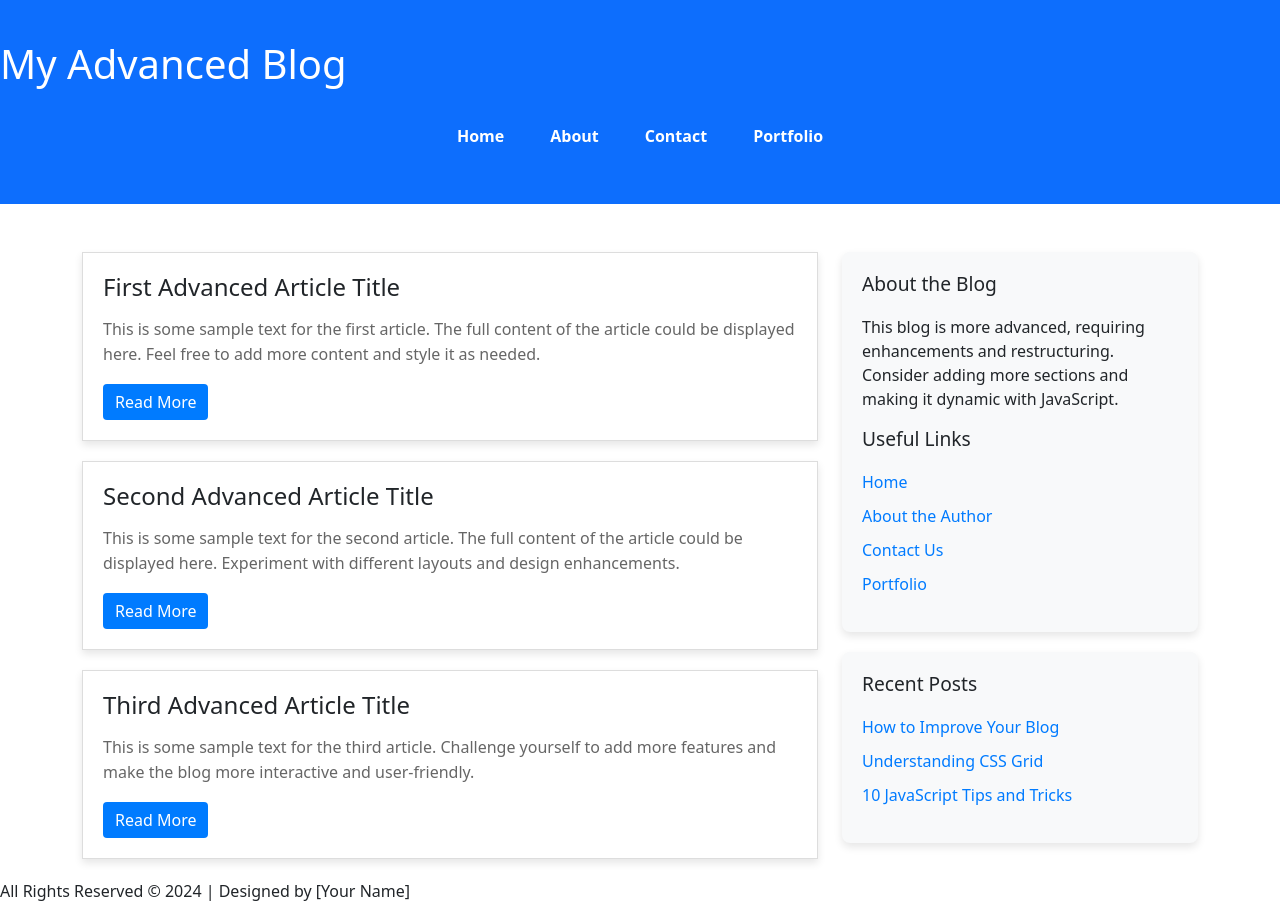
Repository: zeinawady/Blog-Code-Refactoring
Page: index.html
An editor plug-in stored every save of this project. The page is shown before and after a run of saves, followed by the edit.
The browser window is 1280 px wide. The pictures show the whole page.

Above is the page before, as saved 2024-09-23 14:35:11.

### index.html
<!DOCTYPE html>
<html lang="en">
  <head>
    <meta charset="UTF-8" />
    <meta name="viewport" content="width=device-width, initial-scale=1.0" />
    <title>My Advanced Blog</title>
    <link rel="stylesheet" href="style.css">
    <link
      href="https://cdn.jsdelivr.net/npm/bootstrap@5.1.3/dist/css/bootstrap.min.css"
      rel="stylesheet"
    />

  </head>
  <body>
    <header class="bg-primary text-white ">
      <h1 c>My Advanced Blog</h1>
      <nav class="navbar navbar-expand-lg bg-body-tertiary">
        <div class="container">

          <button class="navbar-toggler ms-auto" type="button" data-bs-toggle="collapse" data-bs-target="#navbarNavAltMarkup" aria-controls="navbarNavAltMarkup" aria-expanded="false" aria-label="Toggle navigation">
            <span class="navbar-toggler-icon">click</span>
          </button>
          <div class="collapse navbar-collapse justify-content-center" id="navbarNavAltMarkup">
            <div class="navbar-nav">
              <a class="nav-link active text-white" aria-current="page" href="#">Home</a>
              <a class="nav-link text-white" href="#">About</a>
              <a class="nav-link text-white" href="#">Contact</a>
              <a class="nav-link text-white" href="#">Portfolio</a>
            </div>
          </div>
        </div>
      </nav>

    </header>

    <div class="container mt-5">
      <div class="row">
        <div class="col-lg-8">
          <article>
            <h2>First Advanced Article Title</h2>
            <p>
              This is some sample text for the first article. The full content
              of the article could be displayed here. Feel free to add more
              content and style it as needed.
            </p>
            <button class="btn btn-primary">Read More</button>
          </article>
          <article>
            <h2>Second Advanced Article Title</h2>
            <p>
              This is some sample text for the second article. The full content
              of the article could be displayed here. Experiment with different
              layouts and design enhancements.
            </p>
            <button class="btn btn-primary">Read More</button>
          </article>
          <article>
            <h2>Third Advanced Article Title</h2>
            <p>
              This is some sample text for the third article. Challenge yourself
              to add more features and make the blog more interactive and
              user-friendly.
            </p>
            <button class="btn btn-primary">Read More</button>
          </article>
        </div>
        <div class="col-md-4">
          <aside>
            <h3>About the Blog</h3>
            <p>
              This blog is more advanced, requiring enhancements and
              restructuring. Consider adding more sections and making it dynamic
              with JavaScript.
            </p>
            <h3>Useful Links</h3>
            <ul>
              <li><a href="#">Home</a></li>
              <li><a href="#">About the Author</a></li>
              <li><a href="#">Contact Us</a></li>
              <li><a href="#">Portfolio</a></li>
            </ul>
          </aside>
          <aside>
            <h3>Recent Posts</h3>
            <ul>
              <li><a href="#">How to Improve Your Blog</a></li>
              <li><a href="#">Understanding CSS Grid</a></li>
              <li><a href="#">10 JavaScript Tips and Tricks</a></li>
            </ul>
          </aside>
        </div>
      </div>
    </div>

    <footer>
      <p>All Rights Reserved © 2024 | Designed by [Your Name]</p>
    </footer>

    <script src="https://cdn.jsdelivr.net/npm/bootstrap@5.1.3/dist/js/bootstrap.bundle.min.js"></script>
  </body>
</html>

### style.css
body {
    font-family: Arial, sans-serif;
    background-color: #f4f4f9;
  }
  header {
    /* background-color: #007bff; */
    /* color: white; */
    padding: 40px 0;
    /* text-align: center; */
    position: relative;
  }
  header::after {
    content: "";
    position: absolute;
    bottom: -20px;
    left: 50%;
    transform: translateX(-50%);
    width: 100px;
    height: 5px;
    background-color: white;
  }
  .navbar {
    display: flex;
    justify-content: center;
    margin-top: 20px;
  }
  nav a {
    color: white;
    margin: 0 15px;
    text-decoration: none;
    font-weight: bold;
  }
  nav a:hover {
    text-decoration: underline;
  }
  article {
    border: 1px solid #ddd;
    margin-bottom: 20px;
    padding: 20px;
    background-color: white;
    box-shadow: 0 4px 8px rgba(0, 0, 0, 0.1);
    transition: transform 0.3s ease, box-shadow 0.3s ease;
  }
 artcile:hover {
    transform: translateY(-5px);
    box-shadow: 0 8px 16px rgba(0, 0, 0, 0.2);
  }
  article h2 {
    font-size: 1.5rem;
    margin-bottom: 15px;
  }
  article p {
    color: #666;
    line-height: 1.6;
  }
  article .btn-primary {
    background-color: #007bff;
    border: none;
  }
  article .btn-primary:hover {
    background-color: #0056b3;
  }
  aside {
    background-color: #f8f9fa;
    padding: 20px;
    border-radius: 8px;
    box-shadow: 0 4px 8px rgba(0, 0, 0, 0.1);
    margin-bottom: 20px;
  }
  aside h3 {
    margin-bottom: 20px;
    font-size: 1.2rem;
  }
  aside ul {
    list-style-type: none;
    padding-left: 0;
  }
  aside ul li {
    margin-bottom: 10px;
  }
  aside ul li a {
    color: #007bff;
    text-decoration: none;
  }
  aside ul li a:hover {
    text-decoration: underline;
  }
  .footer {
    background-color: #343a40;
    color: white;
    text-align: center;
    padding: 20px;
    margin-top: 40px;
  }
  .footer p {
    margin: 0;
  }

After the next 2 saves:
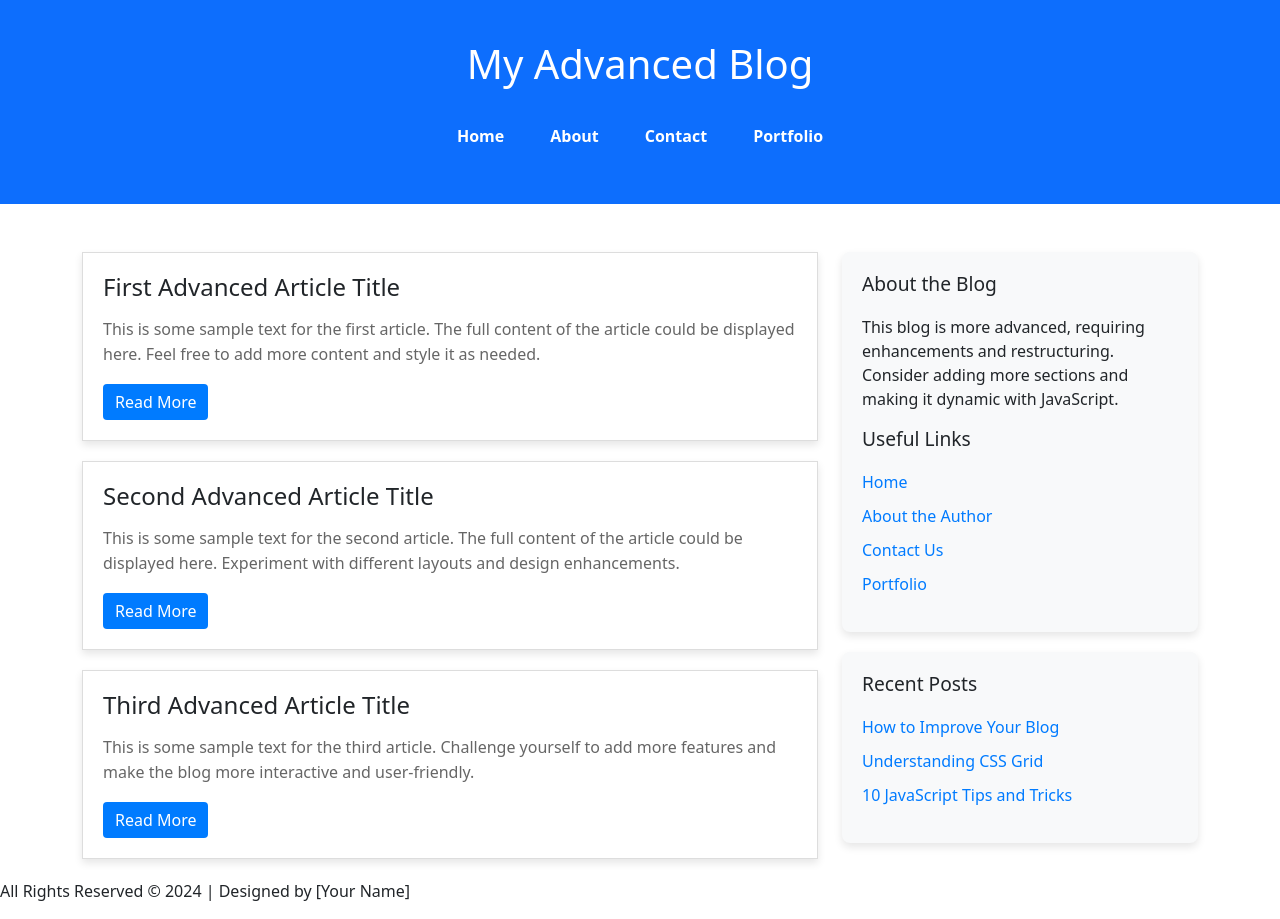
The 2 saves are shown as one change because they came seconds apart.
The last was saved 25 s later.
--- a/index.html
+++ b/index.html
@@ -13,7 +13,7 @@
   </head>
   <body>
     <header class="bg-primary text-white ">
-      <h1 c>My Advanced Blog</h1>
+      <h1 class="text-center">My Advanced Blog</h1>
       <nav class="navbar navbar-expand-lg bg-body-tertiary">
         <div class="container">
 
